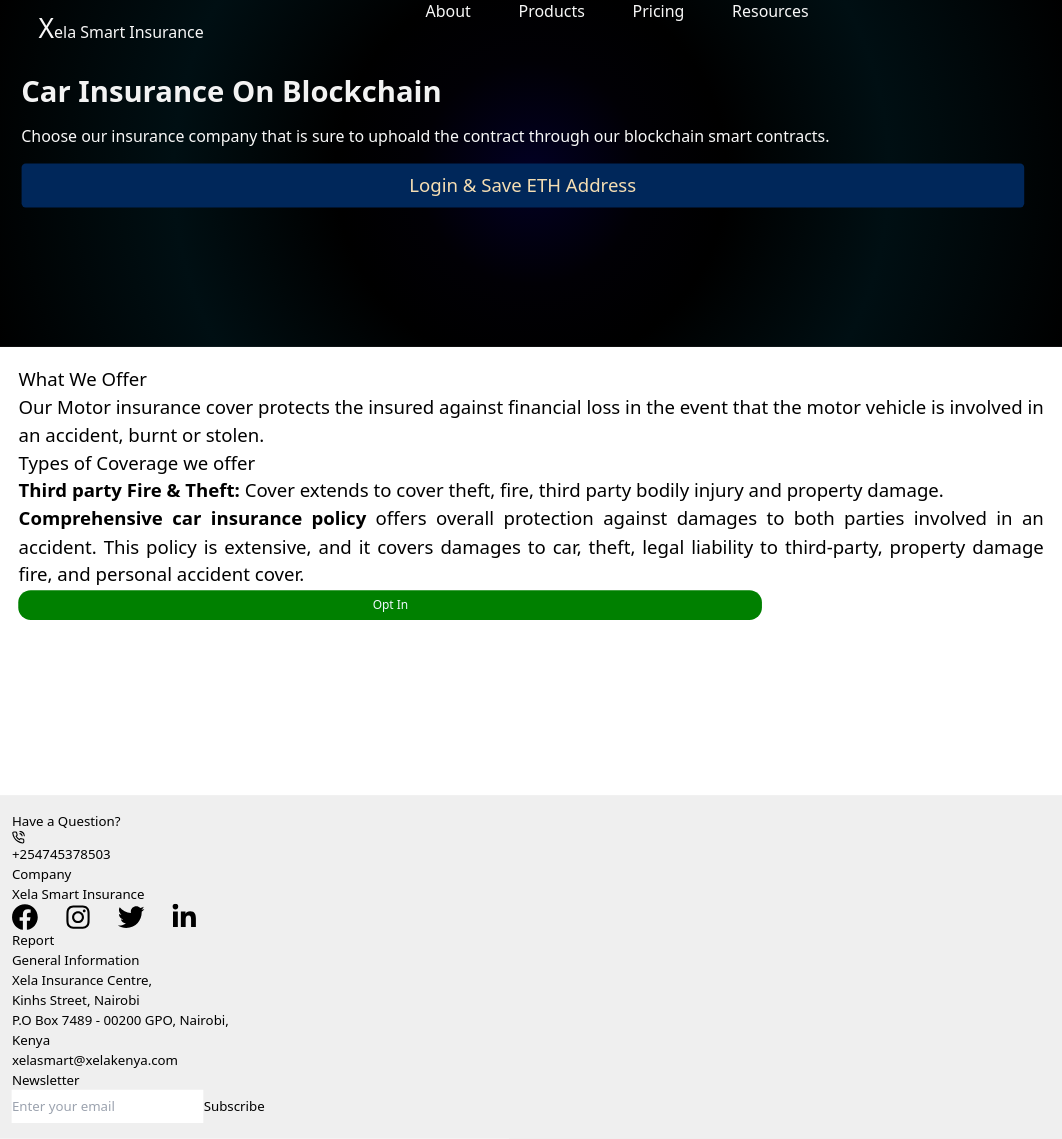
Repository: ALVIN-OBONYO/Xela-smart_insuarance
Page: / (app in frontend/)
The author's editor kept a copy of each file at every save. The page is drawn from the files as they stood at one save, then again after the next save.
The browser window is 1280 px wide. The pictures show the whole page, at 83% of full size.
The project was rebuilt for these pictures with package versions that can differ from the ones it lists, and the page was loaded fresh each time. Also part of the build but not shown: frontend/src/Components/Cards.jsx, frontend/src/Pages/Policies.jsx, frontend/src/Components/Calendar.css, frontend/src/Components/Calendar.jsx, frontend/src/Components/Input.js, frontend/src/Components/Upload.css, frontend/src/Components/Upload.js, frontend/src/Pages/ReportForm.jsx and 3 more.

Above is the page before, as saved 2022-10-03 10:52:55.

After the next save:
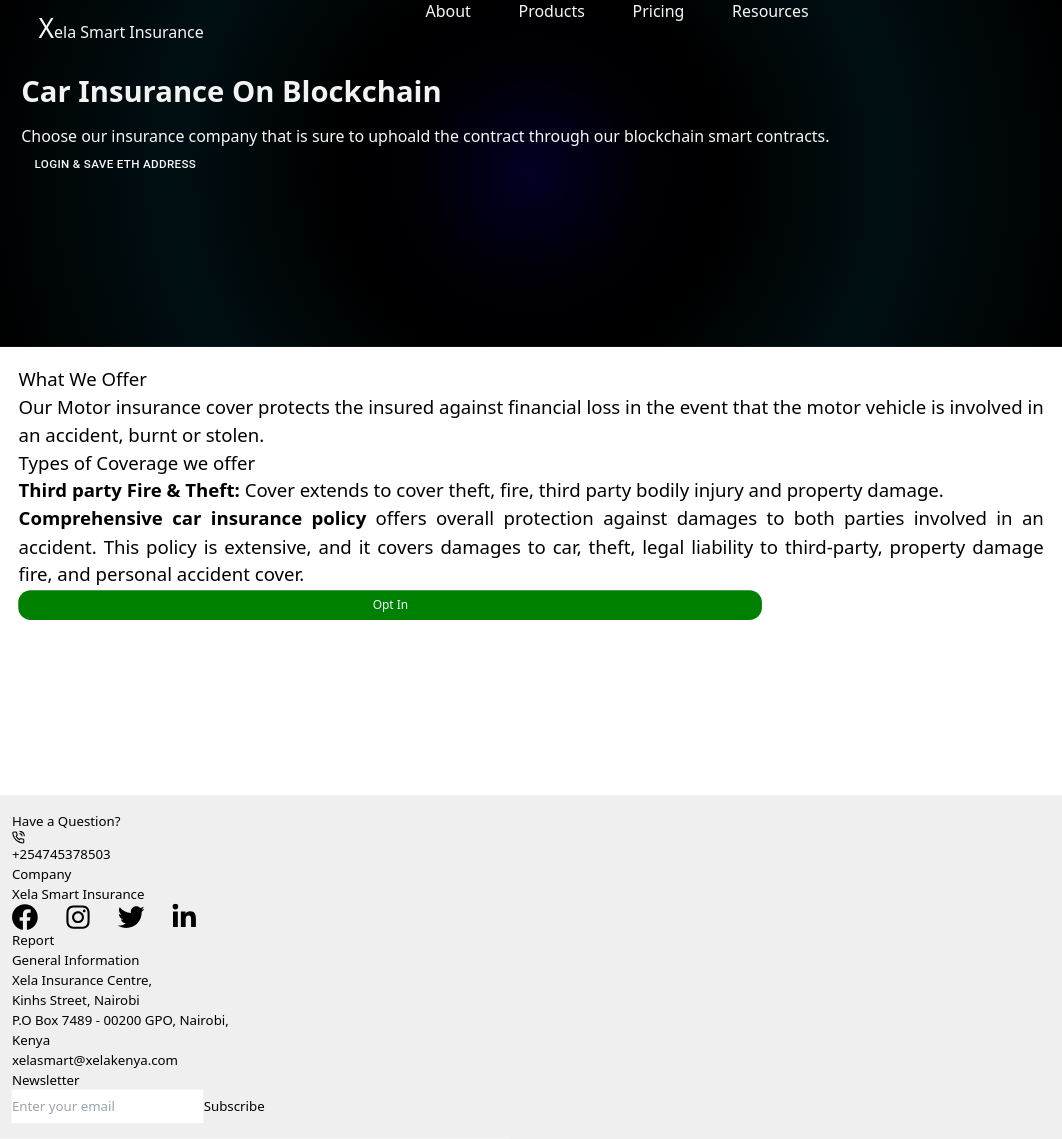
Saved 2 min 20 s later.
--- a/frontend/src/Pages/Entrypage.jsx
+++ b/frontend/src/Pages/Entrypage.jsx
@@ -94,8 +94,8 @@ const Entrypage = () => {
                 }}>Verify</Button>
                     </FormGroup> */}
 
-            <button id="btn-policy" onClick={loginWithEth}>Login & Save ETH Address
-                </button>
+            <Button variant="outline" onClick={loginWithEth}>Login & Save ETH Address
+                </Button>
                 <p id="userAddress" className="text-gray-600" ref={yourAddress}></p>
                 <button id="logoutButton" onClick={logout} className="hidden text-blue-500 underline" ref={buttonLogout}>Logout</button>
                            </div>
